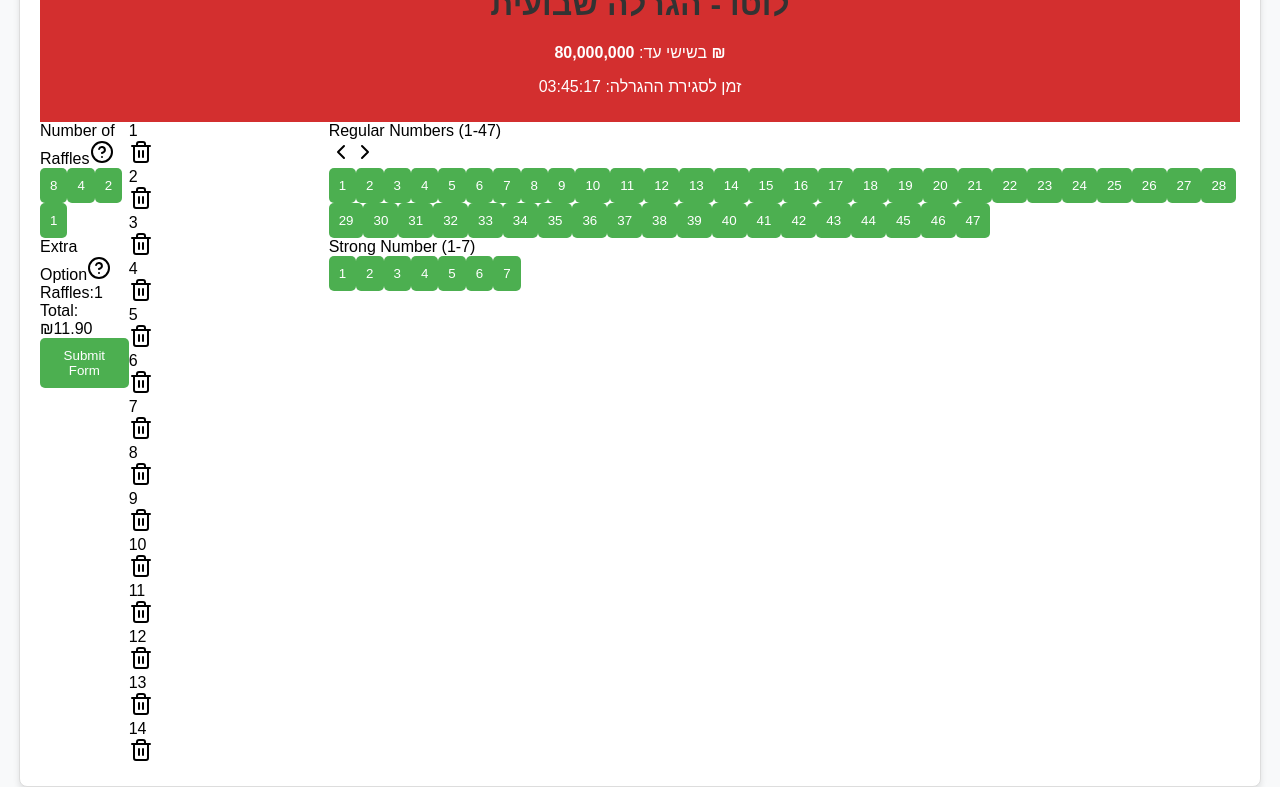
Repository: Giltih/LottoForm1
Page: /
The author's editor kept a copy of each file at every save. The page is drawn from the files as they stood at one save, then again after a run of saves.
The browser window is 1280 px wide. The pictures show the whole page.
The project was rebuilt for these pictures with package versions that can differ from the ones it lists, and the page was loaded fresh each time. Also part of the build but not shown: vite.config.ts.

Above is the page before, as saved 2025-02-09 21:47:38.

After the next 2 saves:
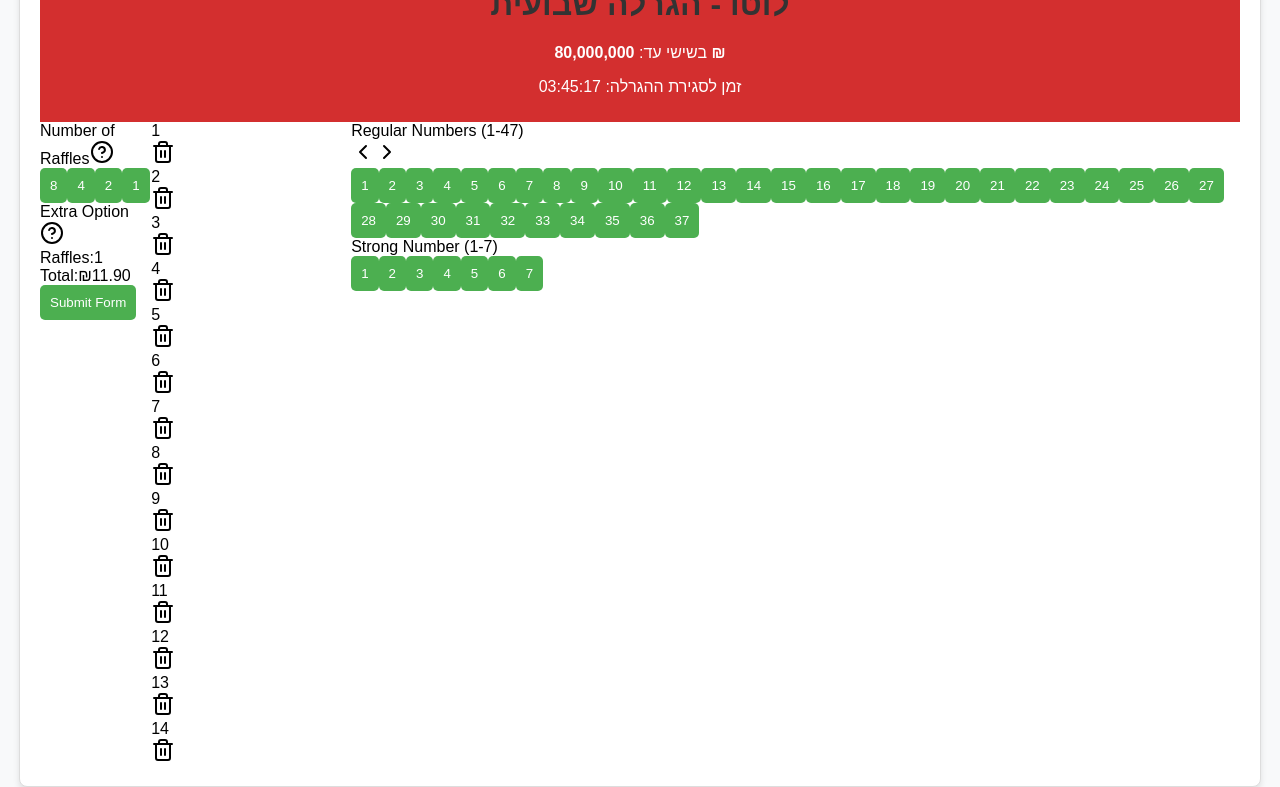
The 2 saves are shown as one change because they came seconds apart.
The last was saved 70 s later.
--- a/src/components/LotteryInterface.tsx
+++ b/src/components/LotteryInterface.tsx
@@ -167,7 +167,7 @@ const LotteryInterface: React.FC = () => {
   );
 
   const RightColumn: React.FC = () => {
-    const regularNumbers: number[] = Array.from({ length: 47 }, (_, i) => i + 1);
+    const regularNumbers: number[] = Array.from({ length: 37 }, (_, i) => i + 1);
     const strongNumbers: number[] = Array.from({ length: 7 }, (_, i) => i + 1);
 
     const getNumberButtonClass = (
